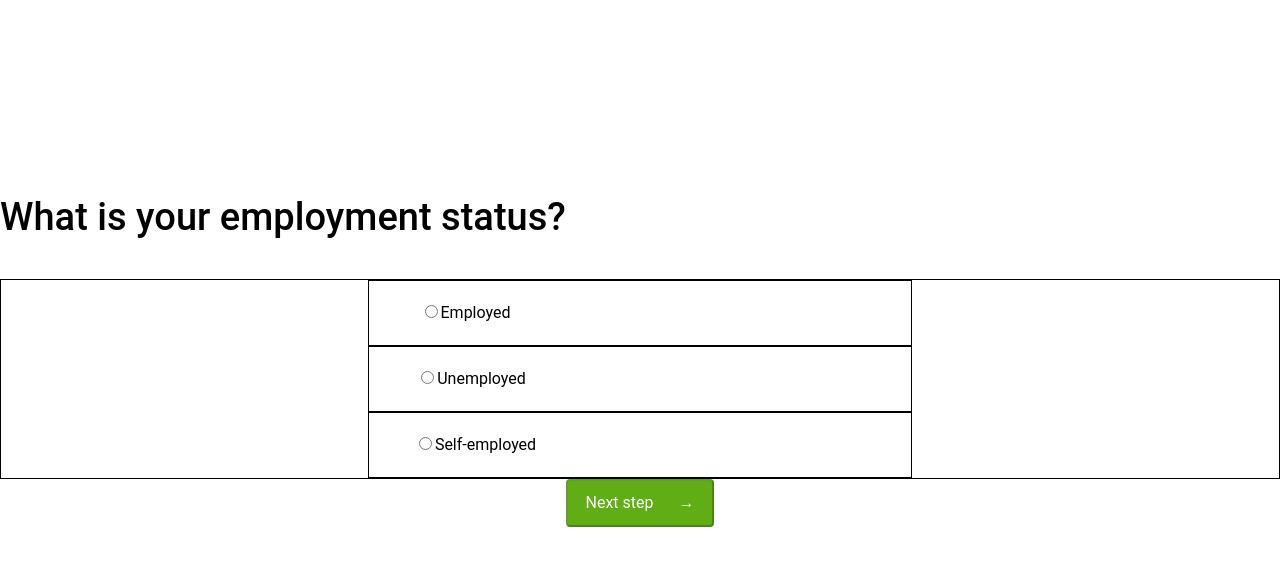
Repository: andbilous/task-survey
Page: /employment-status
These files come from the project's save history. The page is drawn as it stood at one moment and after a run of saves; the edit follows.
The browser window is 1280 px wide. The pictures show the whole page.
The project was rebuilt for these pictures with package versions that can differ from the ones it lists, and the page was loaded fresh each time. Also part of the build but not shown: src/pages/FillingStatus.jsx, src/pages/Proprietorships.jsx, src/pages/Score.jsx.

Above is the page before, as saved 2020-06-18 16:55:48.

After the next 7 saves:
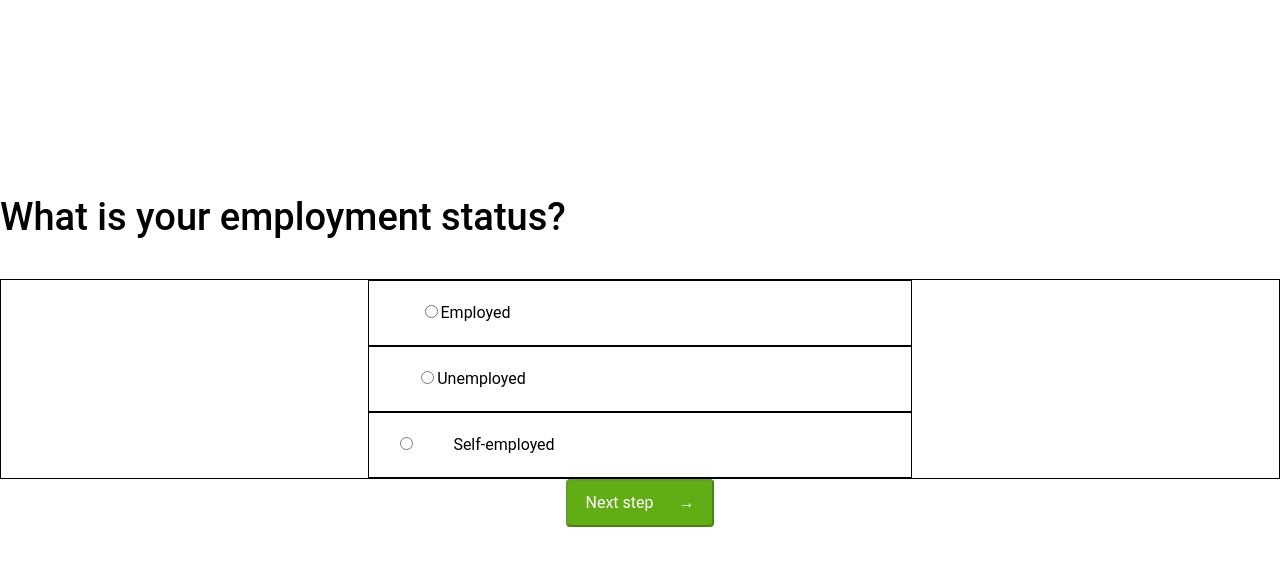
The 7 saves are shown as one change because they came seconds apart.
The last was saved 31 s later.
--- a/src/pages/EmploymentStatus.jsx
+++ b/src/pages/EmploymentStatus.jsx
@@ -52,6 +52,7 @@ const EmploymentStatusPage = ({ setEmploymentStatus }) => {
           </label>
           <label className="list-item" style={{paddingRight: '330px'}}>
             <input
+              style={styles.input}
               onClick={() => handleChange("SelfEmployed")}
               name="1"
               type="radio"
